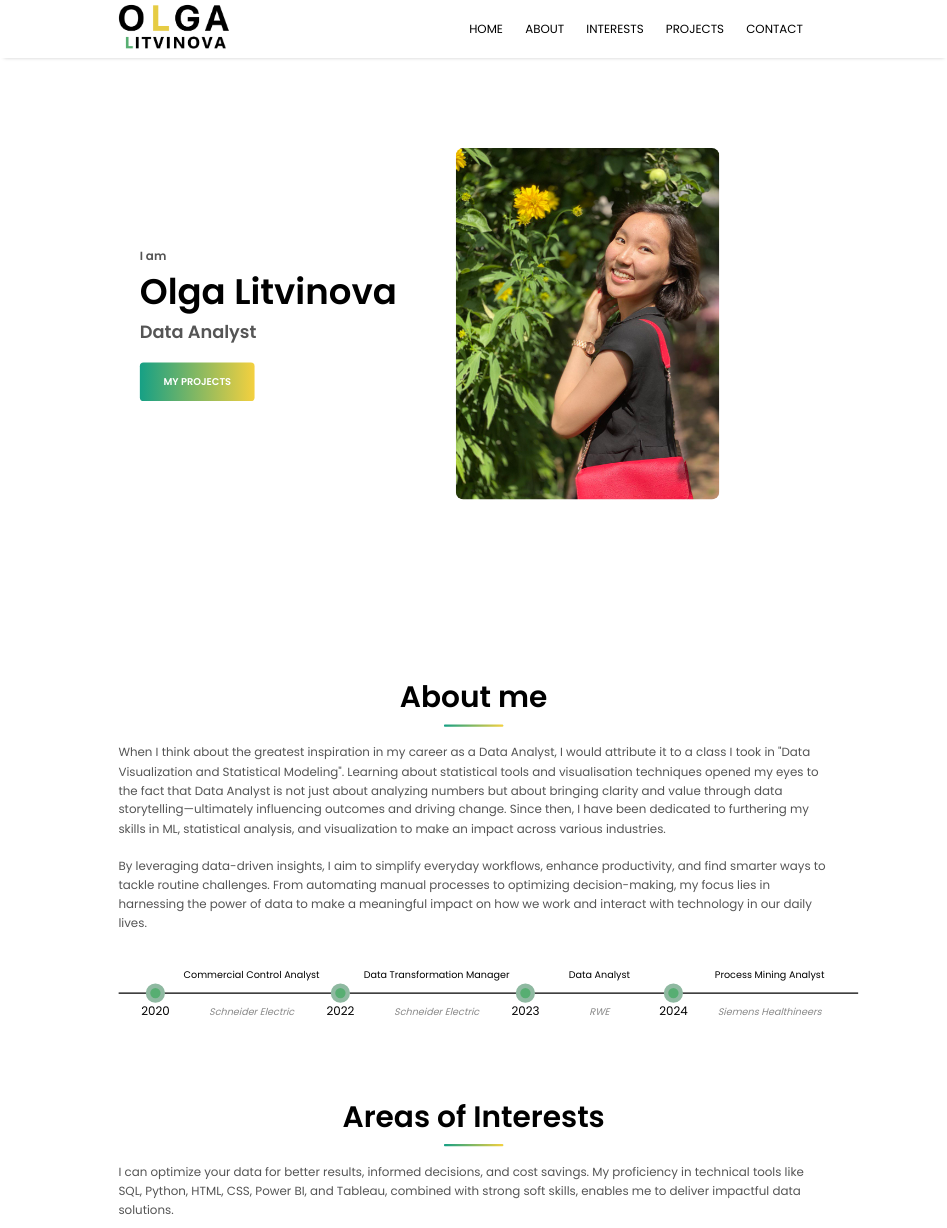
Repository: OlgaKuzminichna/CV
Page: index.html
These files come from the project's save history. The page is drawn as it stood at one moment and after a run of saves; the edit follows.
The browser window is 1280 px wide. The pictures show the part of the page from y = 0 to 1660 px (the page is 4201 px tall before and 4304 px after), at 74% of full size.
A picture or video elsewhere on the page could not be fetched, so the positions and the page height are approximate.

Above is the page before, as saved 2024-11-24 22:20:48.

### index.html
<!DOCTYPE html>
<html lang="en">
<head>
    <meta charset="UTF-8">
    <meta name="viewport" content="width=device-width, initial-scale=1.0">
    <title>Olga Litvinova | Data Analyst</title>
    <link rel="stylesheet" href="style.css">
    <link rel="icon" href="./images/logo2.png" type="image/x-icon">
    <script type="text/javascript" src="https://cdn.jsdelivr.net/npm/@emailjs/browser@3/dist/email.min.js"></script>
</head>
<body>
    <header>
        <nav id="navigation">
            <div class="site-header">
                <div class="site-logo">
                    <img src="./images/logo.png" alt="Olga Litvinova">
                </div>
                <ul class="link-list">
                    <li><a href="#home">HOME</a></li>
                    <li><a href="#about">ABOUT</a></li>
                    <li><a href="#skills">INTERESTS</a></li>
                    <li><a href="#projects">PROJECTS</a></li>
                    <li><a href="#contact">CONTACT</a></li>
                    <!-- <li><a href="#resume">RESUME</a></li> -->
                </ul>
            </div>
        </nav>
        <nav id="responsive-nav">
            <div class="site-header">
                <div class="site-logo">
                    <img src="./images/logo.png" alt="Olga Litvinova">
                </div>
                <div class="hamburger-menu">
                    <div class="icon-toggle" onclick="toggleMenu()">
                        <span></span>
                        <span></span>
                        <span></span>
                    </div>
                    <div class="dropdown-links">
                        <li><a href="#home" onclick="toggleMenu()">HOME</a></li>
                        <li><a href="#about" onclick="toggleMenu()">ABOUT</a></li>
                        <li><a href="#skills" onclick="toggleMenu()">INTERESTS</a></li>
                        <li><a href="#projects" onclick="toggleMenu()">PROJECTS</a></li>
                        <li><a href="#contact" onclick="toggleMenu()">CONTACT</a></li>
                        <!-- <li><a href="#resume" onclick="toggleMenu()">RESUME</a></li> -->
                    </div>
                </div>
            </div>
        </nav>
    </header>

    <main>
        <section id="home">
            <div class="intro-left">
                <p class="intro-text2">I am</p>
                <h1 class="primary-title">Olga Litvinova</h1>
                <p class="intro-role">Data Analyst </p>
                <div class="button-group">
                    <button class="main-btn" onclick="location.href='./index.html#projects'">
                        MY PROJECTS
                    </button>
                </div>
            </div>
            <div class="intro-right">
                <img src="./images/Litvinova.jpg" alt="Olga Litvinova Picture" />
            </div>
        </section>
        <section id="about">
            <h1 class="secondary-title">About me</h1>
            <div class="description-container">
                <p>
                    When I think about the greatest inspiration in my career as a Data Analyst, I would attribute it to a class I took in "Data Visualization and Statistical Modeling".
                    Learning about statistical tools and visualisation techniques opened my eyes to the fact that Data Analyst is not just about analyzing numbers but about bringing clarity and value through data storytelling—ultimately influencing outcomes and driving change.
                    Since then, I have been dedicated to furthering my skills in ML, statistical analysis, and visualization to make an impact across various industries.
                </p>
                <p>
                    <br>
                    By leveraging data-driven insights, I aim to simplify everyday workflows, enhance productivity, and find smarter ways to tackle routine challenges. From automating manual processes to optimizing decision-making, my focus lies in harnessing the power of data to make a meaningful impact on how we work and interact with technology in our daily lives.
                </p>

            </div>

            <div class="timeline">
                <svg width="1000" height="100">
                    <!-- Line -->
                    <line x1="0" y1="50" x2="1000" y2="50" style="stroke:black; stroke-width:1.5"></line>
                    <!-- 2020 Event -->
                    <circle cx="50" cy="50" r="10" stroke="#8fb9a1" stroke-width="6" fill="rgb(87, 174, 114)"></circle>
                    <text text-anchor="middle" x="50" y="80" fill="black">2020</text>
                    <text style="font-size:13" text-anchor="middle" x="180" y="30" fill="black">Commercial Control Analyst</text>
                    <text style="font-size:13; font-style: italic" text-anchor="middle" x="180" y="80" fill="#888888">Schneider Electric</text>


                    <circle cx="300" cy="50" r="10" stroke="#8fb9a1" stroke-width="6" fill="rgb(87, 174, 114)"></circle>
                    <text text-anchor="middle" x="300" y="80" fill="black">2022</text>
                    <text style="font-size:13" text-anchor="middle" x="430" y="30" fill="black">Data Transformation Manager</text>
                    <text style="font-size:13; font-style: italic" text-anchor="middle" x="430" y="80" fill="#888888">Schneider Electric</text>

                    <circle cx="550" cy="50" r="10" stroke="#8fb9a1" stroke-width="6" fill="rgb(87, 174, 114)"></circle>
                    <text text-anchor="middle" x="550" y="80" fill="black">2023</text>
                    <text style="font-size:13" text-anchor="middle" x="650" y="30" fill="black">Data Analyst</text>
                    <text style="font-size:13; font-style: italic" text-anchor="middle" x="650" y="80" fill="#888888">RWE</text>

                    <circle cx="750" cy="50" r="10" stroke="#8fb9a1" stroke-width="6" fill="rgb(87, 174, 114)"></circle>
                    <text text-anchor="middle" x="750" y="80" fill="black">2024</text>
                    <text style="font-size:13" text-anchor="middle" x="880" y="30" fill="black">Process Mining Analyst</text>
                    <text style="font-size:13; font-style: italic" text-anchor="middle" x="880" y="80" fill="#888888">Siemens Healthineers</text>
                </svg>
            </div>
        </section>


        <section id="skills">
            <h1 class="secondary-title">Areas of Interests</h1>
            <div class="description-container">
                <p>I can optimize your data for better results, informed decisions, and cost savings. My proficiency in technical tools like SQL, Python, HTML, CSS, Power BI, and Tableau, combined with strong soft skills, enables me to deliver impactful data solutions.</p>
            </div>
            <div class="skill-article-group">
                <article class="skill-card">
                    <img src="./images/data-analysis.png" alt="Data Analysis Icon" class="icon"/>
                    <div>
                        <h3>Data Analysis</h3>
                        <p>Uncover hidden insights and patterns within your data to identify trends, anomalies, and opportunities for data-driven decision-making.</p>
                    </div>
                </article>
                <article class="skill-card">
                    <img src="./images/data-analytics.png" alt="Data Analytics Icon" class="icon"/>
                    <div>
                        <h3>Data Analytics</h3>
                        <p>Harness the power of advanced analytics, including predictive models and machine learning solutions to forecast outcomes, optimize processes, and gain a competitive edge.</p>
                    </div>
                </article>
                <article class="skill-card">
                    <img src="./images/data-visualization.png" alt="Data Visualization Icon" class="icon"/>
                    <div>
                        <h3>Data Visualization</h3>
                        <p>Transform complex data into clear and compelling visual narratives. Create custom dashboards and reports for enhanced data communication and understanding.</p>
                    </div>
                </article>
                <article class="skill-card">
                    <img src="./images/technical-writing.png" alt="Technical Writing Icon" class="icon"/>
                    <div>
                        <h3>Technical Writing</h3>
                        <p>Translate intricate technical concepts into clear and concise documentation. From reports to comprehensive materials, I ensure your data projects are well-documented and readily accessible.</p>
                    </div>
                </article>
                <article class="skill-card">
                    <img src="./images/front-end-web-development.png" alt="Front End Web Development Icon" class="icon"/>
                    <div>
                        <h3>Web Development</h3>
                        <p>Craft intuitive web interfaces that deliver information in an accessible format. Design and build data-driven web solutions that seamlessly blend functionality and aesthetics.</p>
                    </div>
                </article>
                <article class="skill-card">
                    <img src="./images/collaboration.png" alt="Collaboration Icon" class="icon"/>
                    <div>
                        <h3>Collaboration</h3>
                        <p>Collaborate seamlessly with your team to integrate data solutions into your business processes. Whether it's short-term projects or ongoing data-driven initiatives, I'm here to support your success.</p>
                    </div>
                </article>
            </div>
        </section>
        <section id="projects">
            <h1 class="secondary-title">Projects</h1>
            <div class="project-group">
                <div class="project-detail-card">
                    <img src="./images/cyclistic.png" class="project-image"/>
                    <h2 class="project-title">Cyclistic Bike-Share Analytics</h2>
                    <p>A comprehensive analysis of Cyclistic Bike-Share program, featuring Exploratory Data Analysis (EDA), A/B Testing, SARIMA Time Series Forecasting, and interactive Tableau dashboards to uncover user behavior, trends, and marketing strategies for growth.</p>
                    <div class="button-group">
                        <button class="main-btn project-btn"
                        onclick="location.href='https://medium.com/python-in-plain-english/revitalizing-cyclistic-bike-share-program-an-in-depth-data-exploration-556b52512bf8'">View Project</button>
                    </div>
                </div>
                <!-- Additional projects can go here, following the same structure -->
            </div>
        </section>

        <section id="contact">
            <h1 class="secondary-title">Contact Me</h1>

            <div class="social-media-buttons">
                <a href="https://github.com/OlgaKuzminichna" target="_blank" class="button github">
                    <img src="images/github.png" alt="GitHub Icon">
                    <span>GitHub</span>
                </a>
                <a href="https://public.tableau.com/app/profile/yourusername" target="_blank" class="button tableau">
                    <img src="images/tableau.svg" alt="Tableau Icon">
                    <span>Tableau</span>
                </a>
                <a href="https://www.linkedin.com/in/olga-l-7802b324b/" target="_blank" class="button linkedin">
                    <img src="images/linkedin.png" alt="LinkedIn Icon">
                    <span>LinkedIn</span>
                </a>
                <a href="mailto:litvinova2404@gmail.com" class="button email">
                    <img src="images/email.png" alt="Email Icon">
                    <span>Email</span>
                </a>
            </div>
            <form class="contact-form">
            <h2>Feel free to contact me for any question </h2>
            <div class="form-field">
                <label for="name">Name</label>
                <input type="text" id="name" placeholder="Enter your full name" required>
            </div>
            <div class="form-field">
                <label for="email">Email</label>
                <input type="email" id="email" placeholder="Enter your email" required>
            </div>
            <div class="form-field">
                <label for="message">Message</label>
                <textarea id="message" name="message" rows="5" required></textarea>
            </div>
            <button class="submit-btn form-field" onclick="sendMail()">Send Message</button>
            </form>

        </section>
        <footer>
            <p>Copyright &copy; Olga Litvinova 2024. All Rights Reserved.</p>
        </footer>
    </main>
    <script src="script.js"></script>
</body>
</html>

### style.css
@import url('https://fonts.googleapis.com/css2?family=Poppins:wght@300;400;500;600&display=swap');

* {
    margin: 0;
    padding: 0;
    box-sizing: border-box;
}

body {
    font-family: 'Poppins', sans-serif;
    margin: 0;
    padding: 0;
}

p {
    color: #555;
}

a, .btn {
    transition: color 0.5s ease, background-color 0.5s ease;
}

header {
    position: sticky;
    top: 0;
    background-color: white;
    padding: 0;
    z-index: 2;
}

.site-header {
    width: 100%;
    padding: 5px 0px;
    display: flex;
    align-items: center;
    justify-content: space-between;
    margin: 0 10rem;
}

nav {
    width: 100%;
    display: flex;
    align-items: center;
    box-shadow: 0 5px 5px -5px rgba(0,0,0,.2);
}

.link-list {
    list-style: none;
    display: flex;
    margin-right: 20px;
}

.link-list li {
    margin: 0 15px;
}

.site-logo img {
    max-width: 150px;
    height: auto;
}

a {
    color: black;
    text-decoration: none;
}

a:hover {
    color: rgb(87, 174, 114);
    text-decoration: underline;
    text-underline-offset: 1rem;
    text-decoration-color: rgb(87, 174, 114);
}

/* HAMBURGER MENU */

#responsive-nav {
    display: none;
}

.hamburger-menu {
    position: relative;
    display: inline-block;
}

.icon-toggle {
    display: flex;
    flex-direction: column;
    justify-content: space-between;
    height: 24px;
    width: 30px;
    cursor: pointer;
}

.icon-toggle span {
    width: 100%;
    height: 2px;
    background-color: black;
    transition: all 0.3 ease-in-out;
}

.dropdown-links {
    position: absolute;
    top: 100%;
    right: 0%;
    background-color: white;
    width: fit-content;
    max-height: 0;
    overflow: hidden;
    transition: all 0.3 ease-in-out;
}

.dropdown-links a {
    display: block;
    padding: 10px;
    text-align: center;
    font-size: 1.2rem;
    color: black;
    text-decoration: none;
    transition: all 0.3 ease-in-out;
}

.dropdown-links a:hover {
    color: rgb(87, 174, 114);
}

.dropdown-links li {
    list-style: none;
}

.dropdown-links.open {
    max-height: 300px;
}

.icon-toggle.open span:nth-child(1) {
    transform: rotate(45deg) translate(10px, 5px);
}

.icon-toggle.open span:nth-child(2) {
    opacity: 0;
}

.icon-toggle.open span:nth-child(3) {
    transform: rotate(-45deg) translate(10px, -5px);
}

.icon-toggle span:nth-child(1),
.icon-toggle span:nth-child(2),
.icon-toggle span:nth-child(3) {
    transform: none;
}

main {
    margin-top: 60px;
}

section {
    margin: 0 10rem;
    box-sizing: border-box;
    min-height: fit-content;
}

.section-container {
    display: flex;
}

/* HOME */

#home {
    display: flex;
    justify-content: center;
    align-items: center;
    gap: 5rem;
    height: 85vh;
}

.intro-right {
    display: flex;
    height: 475px;
    width: 475px;
    margin: auto 0;
}

.intro-right img {
    border-radius: 10px;
}

.intro-left {
    align-self: justify;
    text-align: justify;
}

.intro-left p {
    font-weight: 600;
}

.intro-text {
    text-align: center;
}

.intro-text2 {
    text-align: justify;
}

.intro-role {
    font-size: 1.5rem;
    margin-bottom: 1rem;
}

.primary-title {
    font-size: 3rem;
    text-align: center;
}

.button-group {
    margin-top: 1.5rem;
    text-align: justify;

}

.main-btn {
    background: linear-gradient(to right, #16A085 0%, #F4D03F  50%, #16A085  100%);
    background-size: 200% auto;
    font-family: 'Poppins', sans-serif;
    border: none;
    color: white;
    padding: 1rem 2rem;
    font-weight: 600;
    border-radius: 5px;
    cursor: pointer;
    transition: background-color 0.3s ease, transform 0.2s ease;
}


.main-btn:hover {
    background-position: right center;
    transition: 0.5s;
    color: #fff;
    text-decoration: none;
    transform: scale(1.05);
}

/* ABOUT */

#about {
    padding-top: 5rem ;
    text-align: center;
}

.secondary-title {
    font-size: 2.5rem;
    position: relative;
}

.secondary-title::after {
    content: "";
    position: absolute;
    bottom: -10px;
    left: 50%;
    transform: translateX(-50%);
    width: 80px;
    height: 3.5px;
    background: linear-gradient(to right, #16A085 0%, #F4D03F  100%, #16A085  100%);
    border-radius: 1px;
}

.description-container {
    margin: 2rem auto;
}

.description-container p {
    color: #555;
    line-height: 1.6;
    text-align: left;
}

/* TIMELINE */

.timeline {
    text-align: center;
    padding: 0px;
    flex: 0 0 100%;
    max-width: 90%;
}




/* SKILLS */

#skills {
    padding-top: 5rem ;
    text-align: center;
}

.skill-article-group {
    display: flex;
    flex-wrap: wrap;
    justify-content: space-around;
    gap: 2.5rem;
}

.skill-card {
    display: flex;
    flex-direction: column;
    align-items: center;
    max-width: 320px;
    text-align: center;
}

.skill-card .icon {
    cursor: pointer;
    height: 90px;
    margin-bottom: 1rem;
}

.skill-card h3 {
    font-size: 1.5rem;
    color: #333;
}

.skill-card p {
    color: #777;
    line-height: 1.5;
    text-align: justify;
}

/* PROJECTS */

#projects {
    padding-top: 5rem ;
    text-align: center;
}

.project-group {
    display: flex;
    flex-wrap: wrap;
    justify-content: space-around;
    gap: 3.5rem;
    margin-top: 2rem;
}

.project-detail-card {
    background-color: white;
    border: 1px solid #ddd;
    border-radius: 5px;
    padding: 1.5rem;
    max-width: 540px;
    text-align: left;
    box-shadow: 0px 0px 10px rgba(0, 0, 0, 0.1);
    transition: transform 0.2s ease-in-out;
}

.project-detail-card:hover {
    transform: scale(1.02);
    box-shadow: 0px 0px 15px rgba(0, 0, 0, 0.2);
}

.project-image {
    max-width: 100%;
    height: auto;
}



/* CONTACT */

#contact {
    padding-top: 5rem ;
    text-align: center;

    margin: 0 auto;
}

/* CONTACT - social media links*/

.social-media-buttons {
    display: flex;
    justify-content: center;
    margin: 2rem;
}

.social-media-buttons .button {
    display: flex;
    align-items: center;
    justify-content: center;
    padding: 10px 15px;
    margin:15px;
    border-radius: 5px;
    text-decoration: none;
    font-family: 'Poppins', sans-serif;
    font-weight: bold;
    color: #555;
    transition: background-color 0.3s;
    border: 1px solid #333;
}

.social-media-buttons .button img {
    width: 50px;
    max-height: 100px;
    margin-right: 8px;
}


.social-media-buttons .button:hover {
    background: linear-gradient(to right, #16A085 0%, #F4D03F  200%, #16A085  100%);
    transform: scale(1.05);
    color: #fff;
}


/* CONTACT - Form */
.form-field {
    margin-bottom: 1rem;
}

.contact-form h2 {
    font-size: 1.5rem;
    margin:2rem;
}

label {
    display: block;
    font-weight: 600;
    margin-bottom: 0.5rem;
    text-align: justify;
    max-width: 400px;
    margin: 0 auto;
}

.form-field input,
.form-field textarea {
    max-width: 400px;
    width: 100%;
    padding: 0.5rem;
    font-size: 1rem;
    border: 1px solid #ccc;
    border-radius: 5px;
}

textarea {
    resize: none;
}

.submit-btn {
    background: linear-gradient(to right, #16A085 0%, #F4D03F  51%, #16A085  100%);
    background-size: 200% auto;
    border: none;
    color: white;
    padding: 1rem 2rem;
    font-weight: 600;
    border-radius: 5px;
    cursor: pointer;
    transition: background-color 0.3s ease, transform 0.2s ease;
    font-family: 'Poppins', sans-serif;
    margin-bottom: 3rem;

}

.submit-btn:hover {
    background-color: #57AE72;
    transform: scale(1.05);

}


/* FOOTER */

footer {
    padding: 1rem 0;
    text-align: center;
    background-color: #F9F9F7;
}

footer p {
    margin: 0;
}

footer p::before {
    font-size: 1.2rem;
    margin-right: 0.5rem;
}

/* RESPONSIVE STYLES */

@media screen and (max-width: 1400px) {
    #home {
        height: 83vh;
        margin-bottom: 6rem;
    }
}

@media screen and (max-width: 1200px) {
    #navigation {
        display: none;
    }
    #responsive-nav {
        display: flex;
    }
    section, .section-container {
        height: fit-content;
    }
    section {
        margin: 0 5%;
    }
    .intro-right {
        width: 275px;
        height: 275px;
        margin: 0 auto 2rem;
    }
    .project-group {
        gap: 2rem;
    }
    footer {
        padding: 1rem 0;
    }
    footer p {
        font-size: 0.7rem;
    }
}

@media (max-width: 999px) {
    .timeline {
        display: none;
    }
}

@media screen and (max-width: 768px) {
    .site-header {
        padding: 15px 20px;
        justify-content: space-between;
    }
    .icon-toggle {
        width: 25px;
    }
    .site-logo img {
        max-width: 35px;
    }
    .primary-title, .secondary-title {
        font-size: 1.6rem;
    }
}

@media screen and (max-width: 600px) {
    main {
        margin-top: 40px;
    }
}

### script.js
function toggleMenu() {
    const menu = document.querySelector(".dropdown-links");
    const icon = document.querySelector(".icon-toggle");
    menu.classList.toggle("open");
    icon.classList.toggle("open");
}

function sendMail() {
    var params = {
        name: document.getElementById("name").value,
        email: document.getElementById("email").value,
        message: document.getElementById("message").value
    };

    emailjs
    .send("service_20pigze", "template_jm79tde", params)
    .then((res) => {
        document.getElementById("name").value = "";
        document.getElementById("email").value = "";
        document.getElementById("message").value = "";
        console.log(res);
        alert("Message sent successfully!");
    })
    .catch((err) => console.log(err));
}

After the next 2 saves:
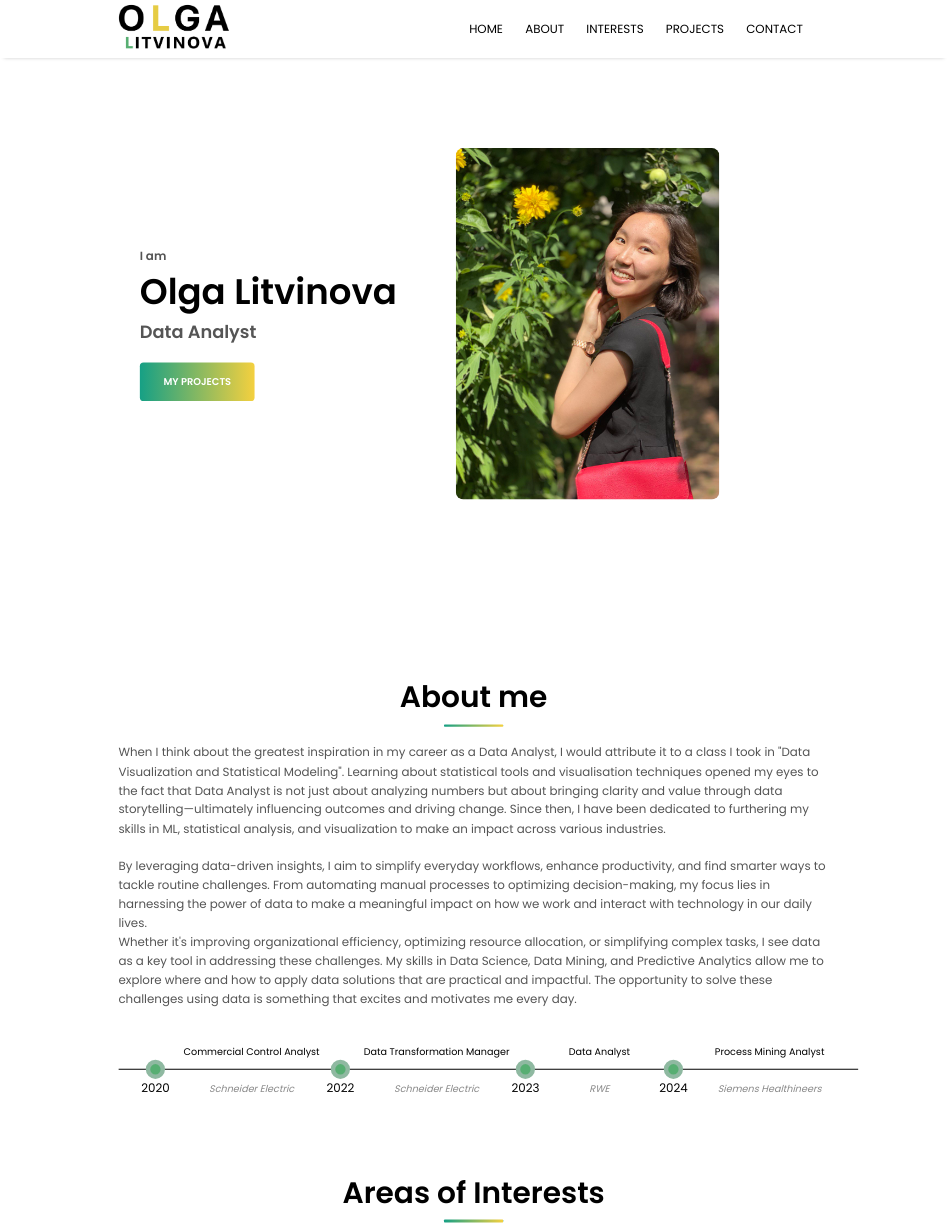
The 2 saves are shown as one change because they came seconds apart.
The last was saved 60 s later.
--- a/index.html
+++ b/index.html
@@ -78,6 +78,10 @@
                     By leveraging data-driven insights, I aim to simplify everyday workflows, enhance productivity, and find smarter ways to tackle routine challenges. From automating manual processes to optimizing decision-making, my focus lies in harnessing the power of data to make a meaningful impact on how we work and interact with technology in our daily lives.
                 </p>
 
+                <P>
+                    Whether it's improving organizational efficiency, optimizing resource allocation, or simplifying complex tasks, I see data as a key tool in addressing these challenges. My skills in Data Science, Data Mining, and Predictive Analytics allow me to explore where and how to apply data solutions that are practical and impactful. The opportunity to solve these challenges using data is something that excites and motivates me every day.
+                </P>
+
             </div>
 
             <div class="timeline">
